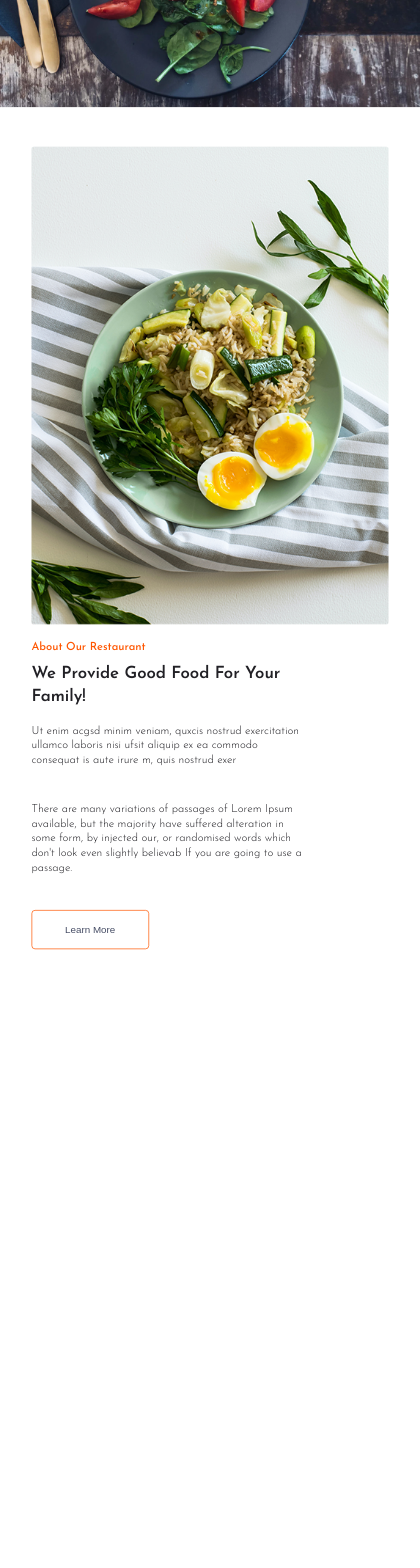
Repository: Ebtehal18/food
Page: index.html
These files come from the project's save history. The page is drawn as it stood at one moment and after the next save; the edit follows.
The browser window is 600 px wide. The pictures show the part of the page from y = 4260 to 6500 px (the page is 10000 px tall), at 70% of full size.

Above is the page before, as saved 2024-01-18 19:43:41.

### index.html
<!DOCTYPE html>
<html lang="en">
  <head>
    <meta charset="UTF-8" />
    <meta name="viewport" content="width=device-width, initial-scale=1.0" />
    <title>Food All</title>
    <link rel="preconnect" href="https://fonts.googleapis.com">
    <link rel="preconnect" href="https://fonts.gstatic.com" crossorigin>
    <link href="https://fonts.googleapis.com/css2?family=Josefin+Sans:wght@200;300;400;500;600;700&display=swap" rel="stylesheet">
    <link rel="stylesheet" href="asessets/css/style.css" />
    <link rel="stylesheet" href="asessets/css/External/all.min.css" />
  </head>
  <body>
    <!-- nav bar -->
    <header class="header">
      <div class="logo"><img src="asessets/imgs/logo.png" alt="logo" /></div>
      <label for="checkbox"><i class="fa-solid fa-bars"></i></label>
      <input type="checkbox" id="checkbox">
      <nav class="nav">
        <ul class="nav-list">
          <li class="list-item"><a href="#">Home</a></li>
          <li class="list-item"><a href="#">About</a></li>
          <li class="list-item"><a href="#">Menu</a></li>
          <li class="list-item">
            <a href="#">Blog</a>
            <ul class="dropdown-list">
              <li class="dropdown-item"><a href="#">Blog</a></li>
              <li class="dropdown-item"><a href="#">Blog Details</a></li>
              <li class="dropdown-item"><a href="#">Element</a></li>
            </ul>
          </li>
          <li class="list-item"><a href="#">Contact</a></li>
        </ul>
      </nav>
      <button class="btn btn-nav">Order Online</button>
    </header>

    <!-- hero -->

    <section class="hero">
      <div class="container">
        <div class="row">
         <div class="hero-content">
           <span class="span">Discover Your Teste</span>
          <h1>We belive good food offer great smile</h1>
          <p>
            Ut enim ad minim veniam, quis nostrud exercitation ullamco laboris
            nisi ut aliquip ex ea commodo consequat is aute irure.
          </p>
          <button class="btn-hero">Resurvation</button>
        </div>
          </div>
        </div>
      </div>
    </section>

  <!-- about -->
    <section class="about">
      <div class="container">
        <div class="row">
        <div class="about-content">
          <span class="span">Discover Your Teste</span>
          <h2>We Provide Good Food For Your Family!</h2>
          <p>Ut enim acgsd minim veniam, quxcis nostrud exercitation ullamco laboris nisi ufsit aliquip ex ea commodo consequat is aute irure m, quis nostrud exer.</p>
          <div class="row">
        <div class="about-detail">
          <div class="about-icon">
            <img src="asessets/imgs/cooking.png" alt="cooking">
          </div>
        <p>Ut enim ad minim veniam, quis nostrud exer.</p>
      </div>
        <div class="about-detail">
          <div class="about-icon">
            <img src="asessets/imgs/restaurant.png" alt="cooking">
          </div>
        <p>Ut enim ad minim veniam, quis nostrud exer.</p>
      </div>
        <div class="about-detail">
          <div class="about-icon">
            <img src="asessets/imgs/chef.png" alt="cooking">
          </div>
        <p>Ut enim ad minim veniam, quis nostrud exer.</p>
      </div>
        <div class="about-detail">
          <div class="about-icon">
            <img src="asessets/imgs/cooking.png" alt="cooking">
          </div>
        <p>Ut enim ad minim veniam, quis nostrud exer.</p>
      </div>
          </div>
        </div>
        <div class="about-img">
          <img src="asessets/imgs/about.png" alt="chef's img">
        </div>
        </div>
      </div>
    </section>
    <!-- menu -->
    <section class="menu-sec">
      <div class="menu">
         <div class="container">
        <div class="menu-heading">
          <span class="span">Our Offerd Menu</span>
          <h2>Some Trendy And Popular Courses Offerd</h2>
          <ul class="list-menu">
            <li class="menu-item"><a href="#">special</a></li>
            <li  class="menu-item"><a href="#">breakfact</a></li>
            <li  class="menu-item"><a href="#">lunch</a></li>
            <li  class="menu-item"><a href="#">dinner</a></li>
          </ul>
        </div>


      </div>
    </div>
      <div class="grid-menu">
        <div class="menu-img">
          <div class="overlay">
            <span class="span">$25</span>
            <h2>Delicious Food</h2>
            <p>Ut enim ad minim veniam quis nostr.</p>
            <button class="btn-hero">Order Now</button>
          </div>
        </div>
        <div class="menu-img"> <div class="overlay">
          <span class="span">$25</span>
          <h2>Delicious Food</h2>
          <p>Ut enim ad minim veniam quis nostr.</p>
          <button class="btn-hero">Order Now</button>
        </div></div>
        <div class="menu-img"> <div class="overlay">
          <span class="span">$25</span>
          <h2>Delicious Food</h2>
          <p>Ut enim ad minim veniam quis nostr.</p>
          <button class="btn-hero">Order Now</button>
        </div></div>
        <div class="menu-img"> <div class="overlay">
          <span class="span">$25</span>
          <h2>Delicious Food</h2>
          <p>Ut enim ad minim veniam quis nostr.</p>
          <button class="btn-hero">Order Now</button>
        </div></div>

      </div>
    </section>
    <!-- blog -->
    <section class="blog">
      <div class="container">
        <div class="row">
          <div class="blog-img">
            <img src="asessets/imgs/about2.png" alt="">
          </div>
          <div class="blog-content">
            <span class="span">About Our Restaurant</span>
            <h2>We Provide Good Food For Your Family!</h2>
            <p>Ut enim acgsd minim veniam, quxcis nostrud exercitation ullamco laboris nisi ufsit aliquip ex ea commodo consequat is aute irure m, quis nostrud exer</p>
            <p>There are many variations of passages of Lorem Ipsum available, but the majority have suffered alteration in some form, by injected our, or randomised words which don't look even slightly believab If you are going to use a passage.</p>
            <button class="btn">Learn More</button>
          </div>
        </div>
      </div>
    </section>

  </body>
</html>

### asessets/css/style.css
/*
=======================================================
          public styles
======================================================= */
*,
*::after,
*::before {
  margin: 0;
  padding: 0;
  box-sizing: border-box;
}
html,
body {
  overflow-x: hidden;
}
body {
  font-family: "Josefin Sans", sans-serif;
  color: #141517;
  height: 10000px;
}
a {
  text-decoration: none;
}
li {
  list-style: none;
}
.container {
  width: 85%;
  margin: auto;
}
.row {
  display: flex;
  justify-content: space-between;
  align-items: flex-start;
}
.span {
  color: #ff5600;
  font-size: 16px;
  font-weight: 500;
  display: inline-block;
}
h2 {
  margin: 15px 0 20px;
  color: #212025;
  font-size: 49px;
  font-weight: 600;
  line-height: 1.4;
  width: 83%;
}
p {
  width: 77%;
  color: #212025;
  font-size: 16px;
  font-weight: 400;
  line-height: 1.3;
}

@media (max-width: 767px) {
  .row {
    flex-flow: column wrap;
  }
}

/*
=====================================================
            end public styles
=====================================================
 */

/* ===============
        navbar
 ================= */
.header {
  z-index: 999;
  display: flex;
  background-color: #fff;
  position: fixed;
  justify-content: space-around;
  align-items: center;
  top: 0;
  padding: 20px 65px;
  width: 100%;
}
.header .logo {
  width: 46%;
}
.header .nav .nav-list .list-item {
  padding: 0 30px;
  display: inline-block;
}
.header .nav .nav-list .list-item a {
  color: #141517;
  font-weight: 400;
  font-size: 16px;
  text-decoration: none;
}
.header .nav .nav-list .list-item a:hover {
  color: #ff5600;
}
.header .nav .nav-list .list-item:nth-child(4) {
  position: relative;
}
.header .nav .list-item .dropdown-list {
  padding: 10px 15px;
  background-color: #fff;
  position: absolute;
  top: 44px;
  left: -4px;
  opacity: 0;
  transition: all 0.4s ease-in;
  -webkit-transition: all 0.4s ease-in;
  -moz-transition: all 0.4s ease-in;
  -ms-transition: all 0.4s ease-in;
  -o-transition: all 0.4s ease-in;
}
.header .nav .nav-list .list-item:nth-child(4):hover .dropdown-list {
  opacity: 1;
  top: 63px;
}

.header .nav .list-item .dropdown-list li {
  width: 140px;
  display: inline-block;
  margin-bottom: 20px;
}
.header .btn,
.blog .btn {
  position: relative;
  z-index: 1;
  cursor: pointer;
  color: #464d65;
  outline: none;
  border: 1px solid #ff5600;
  font-size: 14px;
  font-weight: 500;
  background-color: transparent;
  padding: 19px 47px;
  border-radius: 5px;
  -webkit-border-radius: 5px;
  -moz-border-radius: 5px;
  -ms-border-radius: 5px;
  -o-border-radius: 5px;
  transition: all 0.4s ease-in;
  -webkit-transition: all 0.4s ease-in;
  -moz-transition: all 0.4s ease-in;
  -ms-transition: all 0.4s ease-in;
  -o-transition: all 0.4s ease-in;
}
.header .btn::before,
.blog .btn::before {
  background-color: #ff5600;
  position: absolute;
  content: "";
  top: 0;
  left: 0;
  height: 0%;
  width: 100%;
  z-index: -1;
  transition: all 0.4s ease-in;
  -webkit-transition: all 0.4s ease-in;
  -moz-transition: all 0.4s ease-in;
  -ms-transition: all 0.4s ease-in;
  -o-transition: all 0.4s ease-in;
}
.header .btn:hover,
.blog .btn:hover {
  color: #fff;
}
.header .btn:hover::before,
.blog .btn:hover::before {
  height: 100%;
}
.header input,
label {
  display: none;
}
@media (max-width: 1100px) {
  .header .logo {
    width: 20%;
  }
}

@media (max-width: 991px) {
  .header {
    justify-content: space-between;
    padding: 10px 20px;
  }
  .header .logo {
    width: 84%;
  }
  .header nav .nav-list {
    display: none;
  }
  .header .nav-list {
    padding: 20px 0;
    left: 0;
    right: 0;
    background-color: #ffb400fa;
    position: absolute;
    top: 100%;
  }

  .header .nav .nav-list .list-item {
    margin-bottom: 20px;
    padding: 0 30px;
    display: block;
  }
  .header .nav .nav-list .list-item a {
    color: #fff;
  }

  .header .nav .nav-list .list-item:nth-child(4):hover .dropdown-list {
    border-radius: 5px;
    left: 30px;
    top: 23px;
    background-color: #ff5600;
    -webkit-border-radius: 5px;
    -moz-border-radius: 5px;
    -ms-border-radius: 5px;
    -o-border-radius: 5px;
  }
  .header .nav .list-item .dropdown-list li {
    display: block;
  }
  .header .nav .list-item .dropdown-list a,
  .header .nav .list-item .dropdown-list a:hover {
    color: #fff;
  }
  .header .btn {
    display: none;
  }
  .header label {
    display: block;
  }
  .header label i {
    font-size: 24px;
  }
  .header input:checked + nav .nav-list {
    display: block;
  }
}

/* ===============
       end  navbar
 ================= */
/* ===============
       hero
 ================= */
.hero {
  display: flex;
  width: 100%;
  height: 1080px;
  background-image: url(../imgs/h1_hero.png);
  background-size: cover;
  background-position: bottom;
}

.hero .hero-content h1 {
  margin-top: 40px;
  font-weight: 700;
  color: #212025;
  font-size: 87px;
  width: 80%;
  line-height: 1.4;
}
.hero .hero-content p {
  font-weight: 400;
  margin-bottom: 30px;
  line-height: 1.3;
  width: 44%;
  color: #212025;
  font-size: 16px;
}
.btn-hero {
  letter-spacing: 1.1px;
  position: relative;
  z-index: 1;
  cursor: pointer;
  color: #fff;
  outline: none;
  border: 1px solid #ff5600;
  font-size: 14px;
  font-weight: 500;
  background-color: #ff5600;
  padding: 19px 47px;
  border-radius: 5px;
  -webkit-border-radius: 5px;
  -moz-border-radius: 5px;
  -ms-border-radius: 5px;
  -o-border-radius: 5px;
  transition: all 0.4s ease-in;
  -webkit-transition: all 0.4s ease-in;
  -moz-transition: all 0.4s ease-in;
  -ms-transition: all 0.4s ease-in;
  -o-transition: all 0.4s ease-in;
}
.btn-hero::before {
  z-index: -1;
  content: "";
  background-color: rgba(0, 0, 0, 0.6);
  top: 0;
  left: 0;
  width: 0;
  height: 100%;
  position: absolute;
  transition: all 0.4s;
  -webkit-transition: all 0.4s;
  -moz-transition: all 0.4s;
  -ms-transition: all 0.4s;
  -o-transition: all 0.4s;
}
.btn-hero:hover::before {
  filter: grayscale(50%);
  width: 100%;
  -webkit-filter: grayscale(50%);
}
@media (max-width: 1100px) {
  .hero .hero-content {
    margin: 0;
  }
  .hero .hero-content h1 {
    font-size: 60px;
  }
}

@media (max-width: 991px) {
  .hero {
    height: 700px;
  }
  .hero .hero-content {
    margin: 0;
    padding: 206px 0 100px;
  }
  .hero .hero-content .span {
    margin-bottom: 40px;
  }
  .hero .hero-content h1 {
    width: 88%;
    font-size: 50px;
    margin-bottom: 40px;
  }
  .hero .hero-content p {
    line-height: 1.4;
    width: 74%;
  }
}

@media (max-width: 767px) {
  .hero {
    height: 600px;
  }
  .hero .hero-content {
    padding: 100px 0 0;
    margin: 0;
  }
  .hero .hero-content span {
    margin-bottom: 20px;
  }
  .hero .hero-content h1 {
    font-size: 27px;
    width: 100%;
    margin-bottom: 30px;
  }
  .hero .hero-content p {
    margin-bottom: 20px;
    width: 100%;
  }
}

/* about */

.about {
  padding: 100px 0;
}
.about .container .row {
  align-items: center;
}
.about .about-content {
  width: 50%;
}

.about .about-content .row {
  margin-top: 50px;
  display: grid;
  grid-template-columns: repeat(2, 1fr);
  gap: 20px;
}
.about .about-content .row .about-detail {
  display: flex;
  gap: 20px;
  align-items: center;
}
.about .about-content .row .about-detail p {
  width: 69%;
}

.about .row .about-detail .about-icon {
  width: 15%;
}
.about .row .about-detail .about-icon img,
.about .about-img img {
  width: 100%;
}
.about .about-img {
  width: 50%;
}
@media (max-width: 991px) {
  .about {
    padding: 50px 0;
  }
  .about .row {
    flex-flow: row wrap;
  }
  .about .about-content {
    width: 100%;
  }
  .about .about-content h2 {
    width: 100%;
    font-size: 27px;
  }
  .about .about-content .row {
    margin-top: 25px;
    display: grid;
    grid-template-columns: repeat(2, 1fr);
    gap: 20px;
  }
  .about .about-img {
    margin-top: 20px;
    width: 100%;
  }
}

@media (max-width: 767px) {
  .about {
    padding: 40px 0;
  }
  .about .about-content {
    width: 100%;
  }
  .about .about-content h2 {
    width: 100%;
    font-size: 27px;
  }
  .about .about-content .row {
    margin-top: 25px;
    display: grid;
    grid-template-columns: repeat(1, 1fr);
    gap: 20px;
  }
  .about .about-img {
    margin-top: 20px;
    width: 100%;
  }
}
/* menu */

.menu {
  background-image: url(../imgs/section_bg01.png);
  background-size: cover;
  background-position: center center;
  padding: 70px 0 50px;
}
.menu .menu-heading {
  text-align: center;
}

.menu .menu-heading h2 {
  line-height: 1.3;
  margin: auto;
  width: 59%;
  color: #212025;
  font-size: 49px;
  font-weight: 600;
  margin-top: 20px;
}
.menu .menu-heading .list-menu {
  align-items: center;
  margin-top: 70px;
  display: flex;
  justify-content: center;
  gap: 50px;
}

.menu .menu-heading .list-menu li a {
  text-transform: uppercase;
}

.menu .menu-heading .list-menu li:not(:first-child) a {
  z-index: 1;
  font-weight: 400;
  font-size: 16px;
  color: #1b1b1b;
  text-decoration: none;
}

.menu .menu-heading .list-menu li:first-child a {
  background-color: #ff5600;
  padding: 10px 22px;
  position: relative;
  color: #fff;
}
.menu .menu-heading .list-menu li:first-child a::before {
  top: 36px;
  left: 38%;
  content: "";
  position: absolute;
  width: 0;
  height: 0;
  border-bottom: 12px solid transparent;
  border-top: 10px solid #ff5600;
  border-left: 12px solid transparent;
  border-right: 12px solid transparent;
}

.menu-sec .grid-menu {
  display: grid;
  grid-template-columns: repeat(4, 1fr);
  grid-template-rows: repeat(2, 1fr);
}
.menu-sec .grid-menu .menu-img {
  overflow: hidden;
  position: relative;
}
.menu-sec .grid-menu .menu-img .overlay {
  width: 100%;
  height: 100%;
  display: flex;
  align-items: center;
  justify-content: center;
  flex-direction: column;
  position: absolute;
  z-index: 1;
  text-align: center;
  background-color: rgba(0, 0, 0, 0.6);
  opacity: 0;
  transition: all 0.4s ease-in;
  -webkit-transition: all 0.4s ease-in;
  -moz-transition: all 0.4s ease-in;
  -ms-transition: all 0.4s ease-in;
  top: 40%;
  -o-transition: all 0.4s ease-in;
}
.menu-sec .grid-menu .menu-img:hover .overlay {
  top: 0;
  opacity: 1;
}
.menu-sec .grid-menu .menu-img .overlay .span {
  font-size: 30px;
}
.menu-sec .grid-menu .menu-img .overlay h2 {
  color: #fff;
  font-size: 50px;
  font-weight: 700;
  margin-bottom: 20px;
}
.menu-sec .grid-menu .menu-img .overlay p {
  margin-bottom: 20px;
  color: #fff;
  font-size: 13px;
}

.menu-sec .grid-menu .menu-img:nth-child(1) {
  grid-column: 1/3;
  grid-row: 1/-1;
  background-image: url(../imgs/gallery1.png);
  background-size: cover;
  min-height: 730px;
}

.menu-sec .grid-menu .menu-img:nth-child(2) {
  background-image: url(../imgs/gallery2.png);
  background-size: cover;
  background-position: left;
  min-height: 730px;
  grid-row: 1/-1;
}
.menu-sec .grid-menu .menu-img:nth-child(3) {
  background-image: url(../imgs/gallery3.png);
  background-size: cover;
  background-position: left;
  min-height: 375px;
}
.menu-sec .grid-menu .menu-img:nth-child(4) {
  background-image: url(../imgs/gallery4.png);
  background-size: cover;
  background-position: left;
  min-height: 375px;
}

@media (max-width: 991px) {
  .menu .menu-heading h2 {
    width: 100%;
  }
  .menu-sec .grid-menu {
    display: grid;
    grid-template-columns: repeat(2, 1fr);
  }
  .menu-sec .grid-menu .menu-img:nth-child(1) {
    background-position: left;
    grid-column: 1/2;
  }
  .menu-sec .grid-menu .menu-img .overlay h2 {
    font-size: 35px;
  }
}
@media (max-width: 767px) {
  .menu .menu-heading h2 {
    width: 100%;
    font-size: 24px;
  }
  .menu .menu-heading .list-menu {
    flex-flow: row wrap;
    gap: 0;
  }
  .menu .menu-heading .list-menu .menu-item {
    width: 30%;
    margin-bottom: 20px;
  }
  .menu-sec .grid-menu {
    display: grid;
    grid-template-columns: unset;
    grid-template-rows: unset;
  }
  .menu-sec .grid-menu .menu-img:nth-child(1) {
    background-position: left;
    grid-column: unset;
    grid-row: unset;
  }
  .menu-sec .grid-menu .menu-img:nth-child(2) {
    grid-row: unset;
  }
  .menu-sec .grid-menu .menu-img .overlay h2 {
    font-size: 30px;
  }
}

/* blog */
.blog {
  padding: 100px 0;
}
.blog .row {
  align-items: center;
}
.blog .blog-content {
  width: 45%;
}
.blog .blog-content h2 {
  margin: 20 0;
  width: 85%;
}

.blog-content > p:first-of-type {
  margin-bottom: 20px;
  font-weight: 500;
}
.blog .blog-content p {
  margin-bottom: 20px;
  font-weight: 300;
  margin-bottom: 50px;
}
.blog .blog-img {
  width: 49%;
}
.blog .blog-img img {
  width: 100%;
}
@media (max-width: 767px) {
  .blog {
    padding: 56px 0;
  }
  .blog .blog-img {
    width: 100%;
  }
  .blog .blog-content {
    width: 100%;
    margin-top: 20px;
  }
  .blog .blog-content h2 {
    font-size: 24px;
  }
}

Loaded but not shown: asessets/css/External/all.min.css (library)

After the next save:
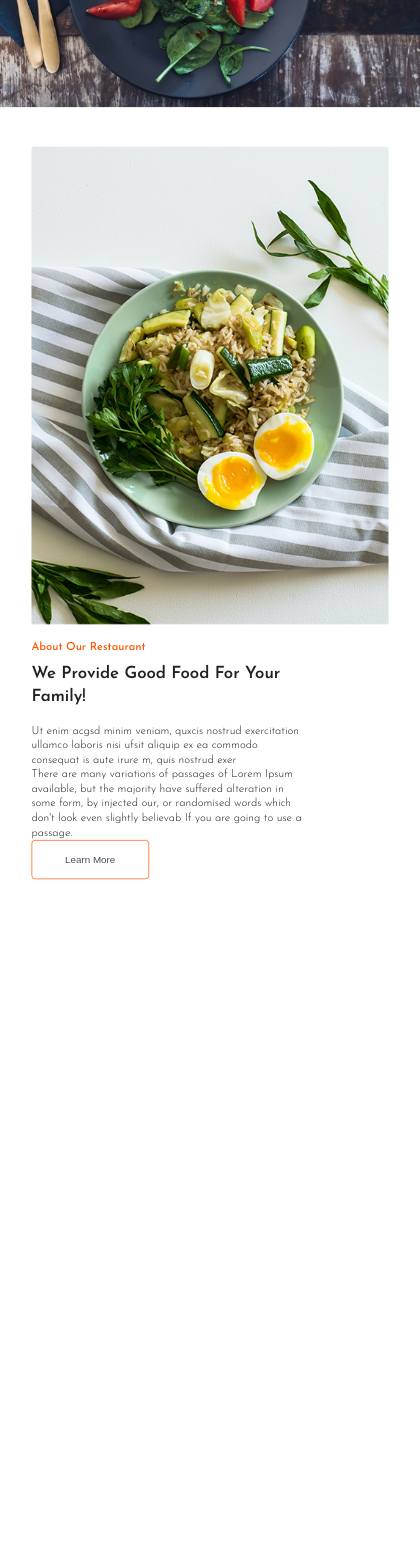
Saved 51 s later.
--- a/asessets/css/style.css
+++ b/asessets/css/style.css
@@ -678,4 +678,7 @@ label {
   .blog .blog-content h2 {
     font-size: 24px;
   }
-}
+  .blog .blog-content p {
+    margin-bottom: 0;
+  }
+}
